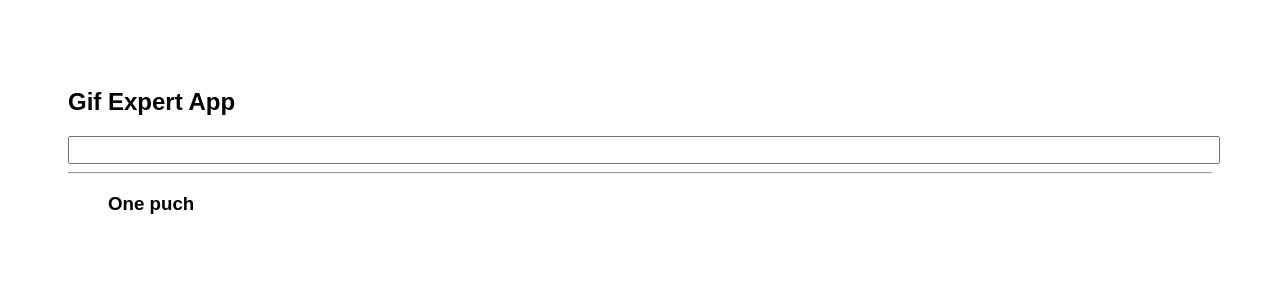
Repository: ppfeliuu/gifs-app
Page: /
The author's editor kept a copy of each file at every save. The page is drawn from the files as they stood at one save, then again after the next save.
The browser window is 1280 px wide. The pictures show the whole page.
The page's requests for data from a server got no answer. The project was rebuilt for these pictures with package versions that can differ from the ones it lists, and the page was loaded fresh each time. No one was signed in, and anything a server would have sent is missing. Also part of the build but not shown: src/components/GifGridItem.js.

Above is the page before, as saved 2021-05-26 14:48:54.

### src/index.js
import React from "react";
import ReactDOM from "react-dom";
import GifExpertApp from "./GifExpertApp";
import "./index.css";

ReactDOM.render(
  <GifExpertApp />,

  document.getElementById("root")
);

### src/GifExpertApp.js
import React, { useState } from "react";
import AddCategory from "./components/AddCategory";
import { GifGrid } from "./components/GifGrid";

export const GifExpertApp = () => {
  const [categories, setCategories] = useState(["One puch"]);

  /* const handleAdd = () => {
    setCategories([...categories, "Hunter"]);
  }; */

  return (
    <div>
      <h2>Gif Expert App</h2>
      <AddCategory setCategories={setCategories} />
      <hr />

      <ol>
        {categories.map((category) => (
          <GifGrid key={category} category={category} />
        ))}
      </ol>
    </div>
  );
};

export default GifExpertApp;

### src/index.css
* {
  font-family: Arial, Helvetica, sans-serif;
}

body {
  padding: 60px;
}

input {
  color: grey;
  font-size: 1.2rem;
  width: 100%;
}

### src/components/AddCategory.js
import React, { useState } from "react";
import PropTypes from "prop-types";

const AddCategory = ({ setCategories }) => {
  const [inputValue, setInputValue] = useState("");

  const handleInputChange = (e) => {
    setInputValue(e.target.value);
  };

  const handleSubmit = (e) => {
    e.preventDefault();

    if (inputValue.trim().length > 2) {
      setCategories((c) => [...c, inputValue]);
      setInputValue("");
    }
  };

  return (
    <form onSubmit={handleSubmit}>
      <input type="text" value={inputValue} onChange={handleInputChange} />
    </form>
  );
};

AddCategory.propTypes = {
  setCategories: PropTypes.func.isRequired,
};

export default AddCategory;

### src/components/GifGrid.js
import React, { useState, useEffect } from "react";
import { GifGridItem } from "./GifGridItem";

export const GifGrid = ({ category }) => {
  const [images, setImages] = useState([]);

  useEffect(() => {
    getGifs();
  }, []);

  const getGifs = async () => {
    const url =
      "https://api.giphy.com/v1/gifs/search?limit=10&q=Rick and&api_key=458OEWtJl0WGO4C8c2OgKB6EOMS48uOH";
    const res = await fetch(url);
    const { data } = await res.json();

    const gifs = data.map((img) => {
      return {
        id: img.id,
        title: img.title,
        url: img.images?.downsized_medium.url,
      };
    });

    console.log(gifs);
    setImages(gifs);
  };

  return (
    <div className="card">
      <h3>{category}</h3>

      {images.map((img) => (
        <GifGridItem key={img.id} {...img} />
      ))}
    </div>
  );
};

Loaded but not shown: public/index.html (common file)

After the next save:
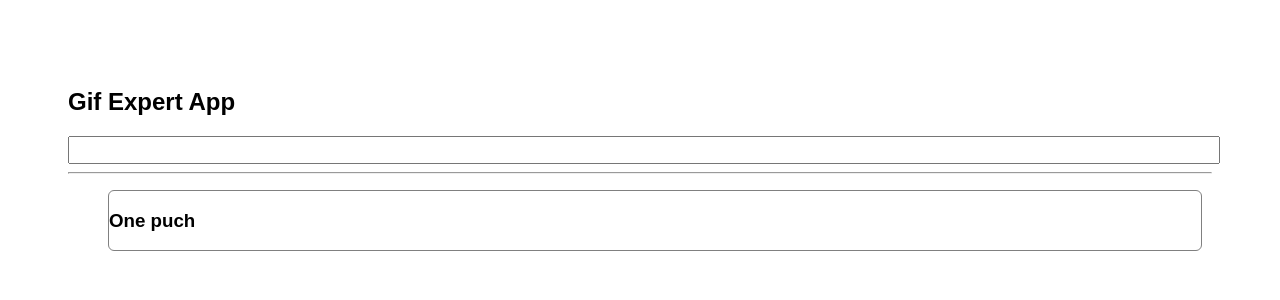
Saved 75 s later.
--- a/src/index.css
+++ b/src/index.css
@@ -11,3 +11,12 @@ input {
   font-size: 1.2rem;
   width: 100%;
 }
+
+.card {
+  align-content: center;
+  border: 1px solid grey;
+  border-radius: 6px;
+  overflow: hidden;
+  margin-bottom: 10px;
+  margin-right: 10px;
+}
